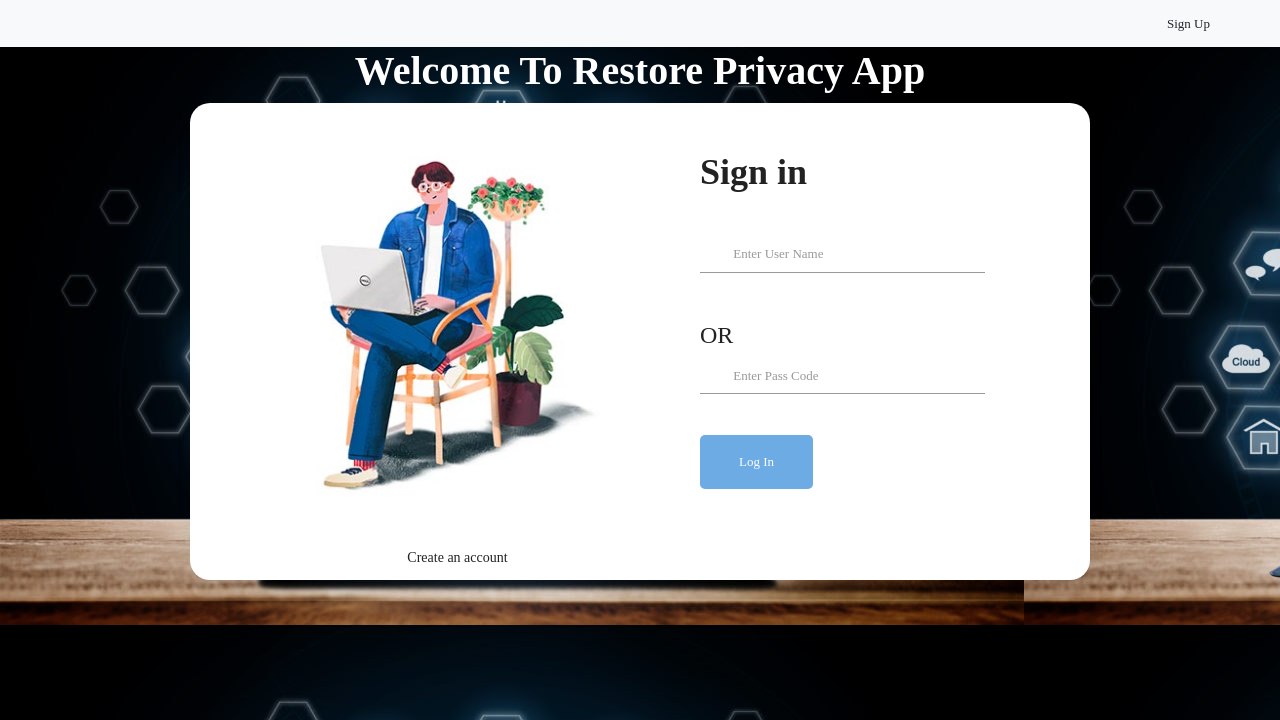
Repository: Sunil-731820/AllWorkingModels
Page: http://localhost/PasswordManagerApp/Login.jsp
The author's editor kept a copy of each file at every save. The page is drawn from the files as they stood at one save, then again after the next save.
The browser window is 1280 px wide. The pictures show the whole page.
Some web fonts or font styles are not loaded; a fallback is used. Some web libraries are served in a nearby version. The page is served by Tomcat 9. Other server files are loaded and not shown.

Above is the page before, as saved 2022-09-27 05:08:22.

### PasswordManagerApp/src/main/webapp/Login.jsp
<%@page import="com.java.jsp.LoginDAOPinCode"%>
<%@ page language="java" contentType="text/html; charset=ISO-8859-1"
    pageEncoding="ISO-8859-1"%>
<!DOCTYPE html>
<html>
<head>
<meta charset="ISO-8859-1">
<title>Insert title here</title>
<link rel="stylesheet" href="fonts/material-icon/css/material-design-iconic-font.min.css">
        <link rel="stylesheet"
              href="https://stackpath.bootstrapcdn.com/bootstrap/4.3.1/css/bootstrap.min.css">
        <link rel="stylesheet"
              href="https://maxcdn.bootstrapcdn.com/font-awesome/4.7.0/css/font-awesome.min.css">
        <script
        src="https://ajax.googleapis.com/ajax/libs/jquery/3.3.1/jquery.min.js"></script>
        <script
        src="https://cdnjs.cloudflare.com/ajax/libs/popper.js/1.14.7/umd/popper.min.js"></script>
        <script
        src="https://stackpath.bootstrapcdn.com/bootstrap/4.3.1/js/bootstrap.min.js"></script>
        <link
            href="//maxcdn.bootstrapcdn.com/bootstrap/4.0.0/css/bootstrap.min.css"
            rel="stylesheet" id="bootstrap-css">
        <script
        src="//maxcdn.bootstrapcdn.com/bootstrap/4.0.0/js/bootstrap.min.js"></script>
        <script
        src="//cdnjs.cloudflare.com/ajax/libs/jquery/3.2.1/jquery.min.js"></script>
        <link rel="stylesheet" href="css/register.css" type="text/css" />
         <style type="text/css">
        body {
            background-image: url("img/pass4.jpeg");
            background-color: #cccccc;
        }
        .img-rounded {
            height: 100%;
            width: 100%;
        }
        h1 {
            color: white;
            text-align: center;
        }
    </style>
</head>
<body>

<nav class="navbar navbar-expand-md navbar-light bg-light">
            <a href="#" class="navbar-brand">
            </a>
            <button type="button" class="navbar-toggler" data-toggle="collapse"
                    data-target="#navbarCollapse">
                <span class="navbar-toggler-icon"></span>
            </button>

            <div class="collapse navbar-collapse" id="navbarCollapse">
                <div class="navbar-nav ml-auto" style="margin-right: 30px;">
                    <a class="dropdown-item" href="Register.jsp">Sign Up</a>
                </div>
            </div>
        </nav>
        <div>
            <h1>
                <b>Welcome To Restore Privacy App </b>
            </h1>
        </div>
        <!-- Sing in  Form -->
        <form action="Login.jsp" method="get">
            <section class="sign-in">
                <div class="container">
                    <div class="signin-content">
                        <div class="signin-image">
                            <figure><img src="img/signin-image.jpg" alt="sing up image"></figure>
                            <a href="Register.jsp" class="signup-image-link">Create an account</a>
                        </div>

                        <div class="signin-form">
                            <h2 class="form-title">Sign in</h2>
                            <form method="get" class="register-form" id="login-form">
                                <div class="form-group">
                                    <label for="your_name"><i class="zmdi zmdi-account material-icons-name"></i></label>
                                    <input type="text" name="userName" id="your_name" placeholder=" Enter User Name" required="required"/>
                                </div>

                                &nbsp;&nbsp;&nbsp;&nbsp;&nbsp;&nbsp;&nbsp;&nbsp;&nbsp;&nbsp;<h4>OR</h4>
                                <div class="form-group">
                                    <label for="your_name"><i class="zmdi zmdi-account material-icons-name"></i></label>
                                    <input type="number" name="pinCode" id="your_name" placeholder=" Enter Pass Code " required="required"/>
                                </div>

                                <div class="form-group form-button">
                                    <input type="submit" name="signin" id="signin" class="form-submit" value="Log In"/>
                                </div>
                            </form>
                        </div>
                    </div>
                </div>
            </section>
        </form>

        <%
        	if(request.getParameter("userName")!=null && request.getParameter("pinCode")!=null){
        		String userName = request.getParameter("userName").trim();
        		int pinCode = Integer.parseInt(request.getParameter("pinCode").trim());
        		LoginDAOPinCode dao = new LoginDAOPinCode();
        		int count = dao.loginUsingPinCode(userName , pinCode);
        		if(count==1){
         %>
        	<jsp:forward page="AddPassword.jsp"/>
        				<%
        	       }
        	       else{
        	        %>
        	        <jsp:forward page="LoginError.jsp"/>
        	        <%
        	      }
        	        %>

        	<%

        	}
        %>

</body>
</html>

### PasswordManagerApp/src/main/webapp/css/register.css
@charset "ISO-8859-1";
display-flex, .display-flex, .display-flex-center, .signup-content, .signin-content, .social-login, .socials {
  display: flex;
  display: -webkit-flex; }

/* @extend list-type-ulli; */
list-type-ulli, .socials {
  list-style-type: none;
  margin: 0;
  padding: 0; }

/* poppins-300 - latin */
@font-face {
  font-family: 'Poppins';
  font-style: normal;
  font-weight: 300;
  src: url("../fonts/poppins/poppins-v5-latin-300.eot");
  /* IE9 Compat Modes */
  src: local("Poppins Light"), local("Poppins-Light"), url("../fonts/poppins/poppins-v5-latin-300.eot?#iefix") format("embedded-opentype"), url("../fonts/poppins/poppins-v5-latin-300.woff2") format("woff2"), url("../fonts/poppins/poppins-v5-latin-300.woff") format("woff"), url("../fonts/poppins/poppins-v5-latin-300.ttf") format("truetype"), url("../fonts/poppins/poppins-v5-latin-300.svg#Poppins") format("svg");
  /* Legacy iOS */ }
/* poppins-300italic - latin */
@font-face {
  font-family: 'Poppins';
  font-style: italic;
  font-weight: 300;
  src: url("../fonts/poppins/poppins-v5-latin-300italic.eot");
  /* IE9 Compat Modes */
  src: local("Poppins Light Italic"), local("Poppins-LightItalic"), url("../fonts/poppins/poppins-v5-latin-300italic.eot?#iefix") format("embedded-opentype"), url("../fonts/poppins/poppins-v5-latin-300italic.woff2") format("woff2"), url("../fonts/poppins/poppins-v5-latin-300italic.woff") format("woff"), url("../fonts/poppins/poppins-v5-latin-300italic.ttf") format("truetype"), url("../fonts/poppins/poppins-v5-latin-300italic.svg#Poppins") format("svg");
  /* Legacy iOS */ }
/* poppins-regular - latin */
@font-face {
  font-family: 'Poppins';
  font-style: normal;
  font-weight: 400;
  src: url("../fonts/poppins/poppins-v5-latin-regular.eot");
  /* IE9 Compat Modes */
  src: local("Poppins Regular"), local("Poppins-Regular"), url("../fonts/poppins/poppins-v5-latin-regular.eot?#iefix") format("embedded-opentype"), url("../fonts/poppins/poppins-v5-latin-regular.woff2") format("woff2"), url("../fonts/poppins/poppins-v5-latin-regular.woff") format("woff"), url("../fonts/poppins/poppins-v5-latin-regular.ttf") format("truetype"), url("../fonts/poppins/poppins-v5-latin-regular.svg#Poppins") format("svg");
  /* Legacy iOS */ }
/* poppins-italic - latin */
@font-face {
  font-family: 'Poppins';
  font-style: italic;
  font-weight: 400;
  src: url("../fonts/poppins/poppins-v5-latin-italic.eot");
  /* IE9 Compat Modes */
  src: local("Poppins Italic"), local("Poppins-Italic"), url("../fonts/poppins/poppins-v5-latin-italic.eot?#iefix") format("embedded-opentype"), url("../fonts/poppins/poppins-v5-latin-italic.woff2") format("woff2"), url("../fonts/poppins/poppins-v5-latin-italic.woff") format("woff"), url("../fonts/poppins/poppins-v5-latin-italic.ttf") format("truetype"), url("../fonts/poppins/poppins-v5-latin-italic.svg#Poppins") format("svg");
  /* Legacy iOS */ }
/* poppins-500 - latin */
@font-face {
  font-family: 'Poppins';
  font-style: normal;
  font-weight: 500;
  src: url("../fonts/poppins/poppins-v5-latin-500.eot");
  /* IE9 Compat Modes */
  src: local("Poppins Medium"), local("Poppins-Medium"), url("../fonts/poppins/poppins-v5-latin-500.eot?#iefix") format("embedded-opentype"), url("../fonts/poppins/poppins-v5-latin-500.woff2") format("woff2"), url("../fonts/poppins/poppins-v5-latin-500.woff") format("woff"), url("../fonts/poppins/poppins-v5-latin-500.ttf") format("truetype"), url("../fonts/poppins/poppins-v5-latin-500.svg#Poppins") format("svg");
  /* Legacy iOS */ }
/* poppins-500italic - latin */
@font-face {
  font-family: 'Poppins';
  font-style: italic;
  font-weight: 500;
  src: url("../fonts/poppins/poppins-v5-latin-500italic.eot");
  /* IE9 Compat Modes */
  src: local("Poppins Medium Italic"), local("Poppins-MediumItalic"), url("../fonts/poppins/poppins-v5-latin-500italic.eot?#iefix") format("embedded-opentype"), url("../fonts/poppins/poppins-v5-latin-500italic.woff2") format("woff2"), url("../fonts/poppins/poppins-v5-latin-500italic.woff") format("woff"), url("../fonts/poppins/poppins-v5-latin-500italic.ttf") format("truetype"), url("../fonts/poppins/poppins-v5-latin-500italic.svg#Poppins") format("svg");
  /* Legacy iOS */ }
/* poppins-600 - latin */
@font-face {
  font-family: 'Poppins';
  font-style: normal;
  font-weight: 600;
  src: url("../fonts/poppins/poppins-v5-latin-600.eot");
  /* IE9 Compat Modes */
  src: local("Poppins SemiBold"), local("Poppins-SemiBold"), url("../fonts/poppins/poppins-v5-latin-600.eot?#iefix") format("embedded-opentype"), url("../fonts/poppins/poppins-v5-latin-600.woff2") format("woff2"), url("../fonts/poppins/poppins-v5-latin-600.woff") format("woff"), url("../fonts/poppins/poppins-v5-latin-600.ttf") format("truetype"), url("../fonts/poppins/poppins-v5-latin-600.svg#Poppins") format("svg");
  /* Legacy iOS */ }
/* poppins-700 - latin */
@font-face {
  font-family: 'Poppins';
  font-style: normal;
  font-weight: 700;
  src: url("../fonts/poppins/poppins-v5-latin-700.eot");
  /* IE9 Compat Modes */
  src: local("Poppins Bold"), local("Poppins-Bold"), url("../fonts/poppins/poppins-v5-latin-700.eot?#iefix") format("embedded-opentype"), url("../fonts/poppins/poppins-v5-latin-700.woff2") format("woff2"), url("../fonts/poppins/poppins-v5-latin-700.woff") format("woff"), url("../fonts/poppins/poppins-v5-latin-700.ttf") format("truetype"), url("../fonts/poppins/poppins-v5-latin-700.svg#Poppins") format("svg");
  /* Legacy iOS */ }
/* poppins-700italic - latin */
@font-face {
  font-family: 'Poppins';
  font-style: italic;
  font-weight: 700;
  src: url("../fonts/poppins/poppins-v5-latin-700italic.eot");
  /* IE9 Compat Modes */
  src: local("Poppins Bold Italic"), local("Poppins-BoldItalic"), url("../fonts/poppins/poppins-v5-latin-700italic.eot?#iefix") format("embedded-opentype"), url("../fonts/poppins/poppins-v5-latin-700italic.woff2") format("woff2"), url("../fonts/poppins/poppins-v5-latin-700italic.woff") format("woff"), url("../fonts/poppins/poppins-v5-latin-700italic.ttf") format("truetype"), url("../fonts/poppins/poppins-v5-latin-700italic.svg#Poppins") format("svg");
  /* Legacy iOS */ }
/* poppins-800 - latin */
@font-face {
  font-family: 'Poppins';
  font-style: normal;
  font-weight: 800;
  src: url("../fonts/poppins/poppins-v5-latin-800.eot");
  /* IE9 Compat Modes */
  src: local("Poppins ExtraBold"), local("Poppins-ExtraBold"), url("../fonts/poppins/poppins-v5-latin-800.eot?#iefix") format("embedded-opentype"), url("../fonts/poppins/poppins-v5-latin-800.woff2") format("woff2"), url("../fonts/poppins/poppins-v5-latin-800.woff") format("woff"), url("../fonts/poppins/poppins-v5-latin-800.ttf") format("truetype"), url("../fonts/poppins/poppins-v5-latin-800.svg#Poppins") format("svg");
  /* Legacy iOS */ }
/* poppins-800italic - latin */
@font-face {
  font-family: 'Poppins';
  font-style: italic;
  font-weight: 800;
  src: url("../fonts/poppins/poppins-v5-latin-800italic.eot");
  /* IE9 Compat Modes */
  src: local("Poppins ExtraBold Italic"), local("Poppins-ExtraBoldItalic"), url("../fonts/poppins/poppins-v5-latin-800italic.eot?#iefix") format("embedded-opentype"), url("../fonts/poppins/poppins-v5-latin-800italic.woff2") format("woff2"), url("../fonts/poppins/poppins-v5-latin-800italic.woff") format("woff"), url("../fonts/poppins/poppins-v5-latin-800italic.ttf") format("truetype"), url("../fonts/poppins/poppins-v5-latin-800italic.svg#Poppins") format("svg");
  /* Legacy iOS */ }
/* poppins-900 - latin */
@font-face {
  font-family: 'Poppins';
  font-style: normal;
  font-weight: 900;
  src: url("../fonts/poppins/poppins-v5-latin-900.eot");
  /* IE9 Compat Modes */
  src: local("Poppins Black"), local("Poppins-Black"), url("../fonts/poppins/poppins-v5-latin-900.eot?#iefix") format("embedded-opentype"), url("../fonts/poppins/poppins-v5-latin-900.woff2") format("woff2"), url("../fonts/poppins/poppins-v5-latin-900.woff") format("woff"), url("../fonts/poppins/poppins-v5-latin-900.ttf") format("truetype"), url("../fonts/poppins/poppins-v5-latin-900.svg#Poppins") format("svg");
  /* Legacy iOS */ }
a:focus, a:active {
  text-decoration: none;
  outline: none;
  transition: all 300ms ease 0s;
  -moz-transition: all 300ms ease 0s;
  -webkit-transition: all 300ms ease 0s;
  -o-transition: all 300ms ease 0s;
  -ms-transition: all 300ms ease 0s; }

input, select, textarea {
  outline: none;
  appearance: unset !important;
  -moz-appearance: unset !important;
  -webkit-appearance: unset !important;
  -o-appearance: unset !important;
  -ms-appearance: unset !important; }

input::-webkit-outer-spin-button, input::-webkit-inner-spin-button {
  appearance: none !important;
  -moz-appearance: none !important;
  -webkit-appearance: none !important;
  -o-appearance: none !important;
  -ms-appearance: none !important;
  margin: 0; }

input:focus, select:focus, textarea:focus {
  outline: none;
  box-shadow: none !important;
  -moz-box-shadow: none !important;
  -webkit-box-shadow: none !important;
  -o-box-shadow: none !important;
  -ms-box-shadow: none !important; }

input[type=checkbox] {
  appearance: checkbox !important;
  -moz-appearance: checkbox !important;
  -webkit-appearance: checkbox !important;
  -o-appearance: checkbox !important;
  -ms-appearance: checkbox !important; }

input[type=radio] {
  appearance: radio !important;
  -moz-appearance: radio !important;
  -webkit-appearance: radio !important;
  -o-appearance: radio !important;
  -ms-appearance: radio !important; }

img {
  max-width: 100%;
  height: auto; }

figure {
  margin: 0; }

p {
  margin-bottom: 0px;
  font-size: 15px;
  color: #777; }

h2 {
  line-height: 1.66;
  margin: 0;
  padding: 0;
  font-weight: bold;
  color: #222;
  font-family: Poppins;
  font-size: 36px; }

.main {
  background: #f8f8f8;
  padding: 150px 0; }

.clear {
  clear: both; }

body {
  font-size: 13px;
  line-height: 1.8;
  color: #222;
  background: #f8f8f8;
  font-weight: 400;
  font-family: Poppins; }

.container {
  width: 900px;
  background: #fff;
  margin: 0 auto;
  box-shadow: 0px 15px 16.83px 0.17px rgba(0, 0, 0, 0.05);
  -moz-box-shadow: 0px 15px 16.83px 0.17px rgba(0, 0, 0, 0.05);
  -webkit-box-shadow: 0px 15px 16.83px 0.17px rgba(0, 0, 0, 0.05);
  -o-box-shadow: 0px 15px 16.83px 0.17px rgba(0, 0, 0, 0.05);
  -ms-box-shadow: 0px 15px 16.83px 0.17px rgba(0, 0, 0, 0.05);
  border-radius: 20px;
  -moz-border-radius: 20px;
  -webkit-border-radius: 20px;
  -o-border-radius: 20px;
  -ms-border-radius: 20px; }

.display-flex {
  justify-content: space-between;
  -moz-justify-content: space-between;
  -webkit-justify-content: space-between;
  -o-justify-content: space-between;
  -ms-justify-content: space-between;
  align-items: center;
  -moz-align-items: center;
  -webkit-align-items: center;
  -o-align-items: center;
  -ms-align-items: center; }

.display-flex-center {
  justify-content: center;
  -moz-justify-content: center;
  -webkit-justify-content: center;
  -o-justify-content: center;
  -ms-justify-content: center;
  align-items: center;
  -moz-align-items: center;
  -webkit-align-items: center;
  -o-align-items: center;
  -ms-align-items: center; }

.position-center {
  position: absolute;
  top: 50%;
  left: 50%;
  transform: translate(-50%, -50%);
  -moz-transform: translate(-50%, -50%);
  -webkit-transform: translate(-50%, -50%);
  -o-transform: translate(-50%, -50%);
  -ms-transform: translate(-50%, -50%); }

.signup {
  margin-bottom: 150px; }

.signup-content {
  padding: 40px 0; }

.signup-form, .signup-image, .signin-form, .signin-image {
  width: 50%;
  overflow: hidden; }

.signup-image {
  margin: 0 55px; }

.form-title {
  margin-bottom: 33px; }

.signup-image {
  margin-top: 45px; }

figure {
  margin-bottom: 50px;
  text-align: center; }

.form-submit {
  display: inline-block;
  background: #6dabe4;
  color: #fff;
  border-bottom: none;
  width: auto;
  padding: 15px 39px;
  border-radius: 5px;
  -moz-border-radius: 5px;
  -webkit-border-radius: 5px;
  -o-border-radius: 5px;
  -ms-border-radius: 5px;
  margin-top: 25px;
  cursor: pointer; }
  .form-submit:hover {
    background: #4292dc; }

#signin {
  margin-top: 16px; }

.signup-image-link {
  font-size: 14px;
  color: #222;
  display: block;
  text-align: center; }

.term-service {
  font-size: 13px;
  color: #222; }

.signup-form {
  margin-left: 75px;
  margin-right: 75px;
  padding-left: 34px; }

.register-form {
  width: 100%; }

.form-group {
  position: relative;
  margin-bottom: 25px;
  overflow: hidden; }
  .form-group:last-child {
    margin-bottom: 0px; }

input {
  width: 100%;
  display: block;
  border: none;
  border-bottom: 1px solid #999;
  padding: 6px 30px;
  font-family: Poppins;
  box-sizing: border-box; }
  input::-webkit-input-placeholder {
    color: #999; }
  input::-moz-placeholder {
    color: #999; }
  input:-ms-input-placeholder {
    color: #999; }
  input:-moz-placeholder {
    color: #999; }
  input:focus {
    border-bottom: 1px solid #222; }
    input:focus::-webkit-input-placeholder {
      color: #222; }
    input:focus::-moz-placeholder {
      color: #222; }
    input:focus:-ms-input-placeholder {
      color: #222; }
    input:focus:-moz-placeholder {
      color: #222; }

input[type=checkbox]:not(old) {
  width: 2em;
  margin: 0;
  padding: 0;
  font-size: 1em;
  display: none; }

input[type=checkbox]:not(old) + label {
  display: inline-block;
  line-height: 1.5em;
  margin-top: 6px; }

input[type=checkbox]:not(old) + label > span {
  display: inline-block;
  width: 13px;
  height: 13px;
  margin-right: 15px;
  margin-bottom: 3px;
  border: 1px solid #999;
  border-radius: 2px;
  -moz-border-radius: 2px;
  -webkit-border-radius: 2px;
  -o-border-radius: 2px;
  -ms-border-radius: 2px;
  background: white;
  background-image: -moz-linear-gradient(white, white);
  background-image: -ms-linear-gradient(white, white);
  background-image: -o-linear-gradient(white, white);
  background-image: -webkit-linear-gradient(white, white);
  background-image: linear-gradient(white, white);
  vertical-align: bottom; }

input[type=checkbox]:not(old):checked + label > span {
  background-image: -moz-linear-gradient(white, white);
  background-image: -ms-linear-gradient(white, white);
  background-image: -o-linear-gradient(white, white);
  background-image: -webkit-linear-gradient(white, white);
  background-image: linear-gradient(white, white); }

input[type=checkbox]:not(old):checked + label > span:before {
  content: '\f26b';
  display: block;
  color: #222;
  font-size: 11px;
  line-height: 1.2;
  text-align: center;
  font-family: 'Material-Design-Iconic-Font';
  font-weight: bold; }

.agree-term {
  display: inline-block;
  width: auto; }

label {
  position: absolute;
  left: 0;
  top: 50%;
  transform: translateY(-50%);
  -moz-transform: translateY(-50%);
  -webkit-transform: translateY(-50%);
  -o-transform: translateY(-50%);
  -ms-transform: translateY(-50%);
  color: #222; }

.label-has-error {
  top: 22%; }

label.error {
  position: relative;
  background: url("../images/unchecked.gif") no-repeat;
  background-position-y: 3px;
  padding-left: 20px;
  display: block;
  margin-top: 20px; }

label.valid {
  display: block;
  position: absolute;
  right: 0;
  left: auto;
  margin-top: -6px;
  width: 20px;
  height: 20px;
  background: transparent; }
  label.valid:after {
    font-family: 'Material-Design-Iconic-Font';
    content: '\f269';
    width: 100%;
    height: 100%;
    position: absolute;
    /* right: 0; */
    font-size: 16px;
    color: green; }

.label-agree-term {
  position: relative;
  top: 0%;
  transform: translateY(0);
  -moz-transform: translateY(0);
  -webkit-transform: translateY(0);
  -o-transform: translateY(0);
  -ms-transform: translateY(0); }

.material-icons-name {
  font-size: 18px; }

.signin-content {
  padding-top: 40px;
  padding-bottom: 10px; }

.social-login {
  align-items: center;
  -moz-align-items: center;
  -webkit-align-items: center;
  -o-align-items: center;
  -ms-align-items: center;
  margin-top: 80px; }

.social-label {
  display: inline-block;
  margin-right: 15px; }

.socials li {
  padding: 5px; }
  .socials li:last-child {
    margin-right: 0px; }
  .socials li a {
    text-decoration: none; }
    .socials li a i {
      width: 30px;
      height: 30px;
      color: #fff;
      font-size: 14px;
      border-radius: 5px;
      -moz-border-radius: 5px;
      -webkit-border-radius: 5px;
      -o-border-radius: 5px;
      -ms-border-radius: 5px;
      transform: translateZ(0);
      -moz-transform: translateZ(0);
      -webkit-transform: translateZ(0);
      -o-transform: translateZ(0);
      -ms-transform: translateZ(0);
      -webkit-transition-duration: 0.3s;
      transition-duration: 0.3s;
      -webkit-transition-property: transform;
      transition-property: transform;
      -webkit-transition-timing-function: ease-out;
      transition-timing-function: ease-out; }
  .socials li:hover a i {
    -webkit-transform: scale(1.3) translateZ(0);
    transform: scale(1.3) translateZ(0); }

.zmdi-facebook {
  background: #3b5998; }

.zmdi-twitter {
  background: #1da0f2; }

.zmdi-google {
  background: #e72734; }

.signin-form {
  margin-right: 90px;
  margin-left: 80px; }

.signin-image {
  margin-left: 110px;
  margin-right: 20px;
  margin-top: 10px; }

@media screen and (max-width: 1200px) {
  .container {
    width: calc( 100% - 30px);
    max-width: 100%; } }
@media screen and (min-width: 1024px) {
  .container {
    max-width: 1200px; } }
@media screen and (max-width: 768px) {
  .signup-content, .signin-content {
    flex-direction: column;
    -moz-flex-direction: column;
    -webkit-flex-direction: column;
    -o-flex-direction: column;
    -ms-flex-direction: column;
    justify-content: center;
    -moz-justify-content: center;
    -webkit-justify-content: center;
    -o-justify-content: center;
    -ms-justify-content: center; }

  .signup-form {
    margin-left: 0px;
    margin-right: 0px;
    padding-left: 0px;
    /* box-sizing: border-box; */
    padding: 0 30px; }

  .signin-image {
    margin-left: 0px;
    margin-right: 0px;
    margin-top: 50px;
    order: 2;
    -moz-order: 2;
    -webkit-order: 2;
    -o-order: 2;
    -ms-order: 2; }

  .signup-form, .signup-image, .signin-form, .signin-image {
    width: auto; }

  .social-login {
    justify-content: center;
    -moz-justify-content: center;
    -webkit-justify-content: center;
    -o-justify-content: center;
    -ms-justify-content: center; }

  .form-button {
    text-align: center; }

  .signin-form {
    order: 1;
    -moz-order: 1;
    -webkit-order: 1;
    -o-order: 1;
    -ms-order: 1;
    margin-right: 0px;
    margin-left: 0px;
    padding: 0 30px; }

  .form-title {
    text-align: center; } }
@media screen and (max-width: 400px) {
  .social-login {
    flex-direction: column;
    -moz-flex-direction: column;
    -webkit-flex-direction: column;
    -o-flex-direction: column;
    -ms-flex-direction: column; }

  .social-label {
    margin-right: 0px;
    margin-bottom: 10px; } }

After the next save:
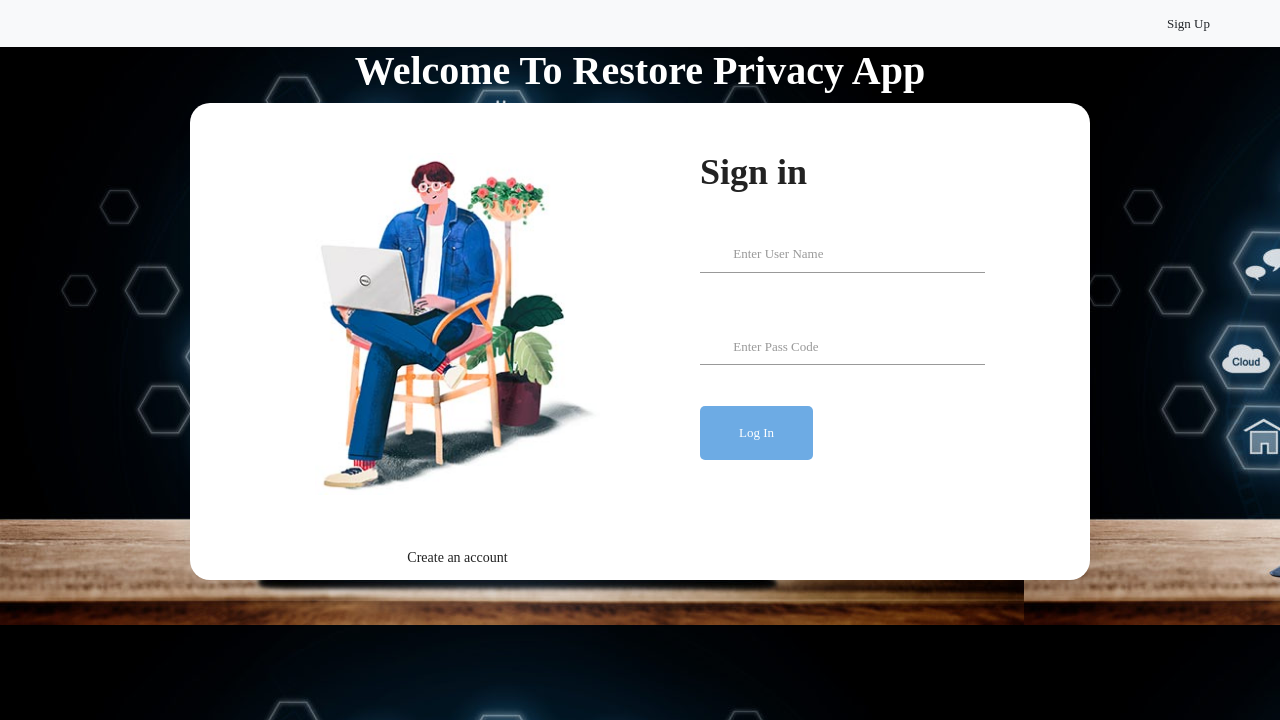
Saved 83 s later.
--- a/PasswordManagerApp/src/main/webapp/Login.jsp
+++ b/PasswordManagerApp/src/main/webapp/Login.jsp
@@ -79,7 +79,7 @@
                                     <input type="text" name="userName" id="your_name" placeholder=" Enter User Name" required="required"/>
                                 </div>
 
-                                &nbsp;&nbsp;&nbsp;&nbsp;&nbsp;&nbsp;&nbsp;&nbsp;&nbsp;&nbsp;<h4>OR</h4>
+                                &nbsp;&nbsp;&nbsp;&nbsp;&nbsp;&nbsp;&nbsp;&nbsp;&nbsp;&nbsp;<h4></h4>
                                 <div class="form-group">
                                     <label for="your_name"><i class="zmdi zmdi-account material-icons-name"></i></label>
                                     <input type="number" name="pinCode" id="your_name" placeholder=" Enter Pass Code " required="required"/>
